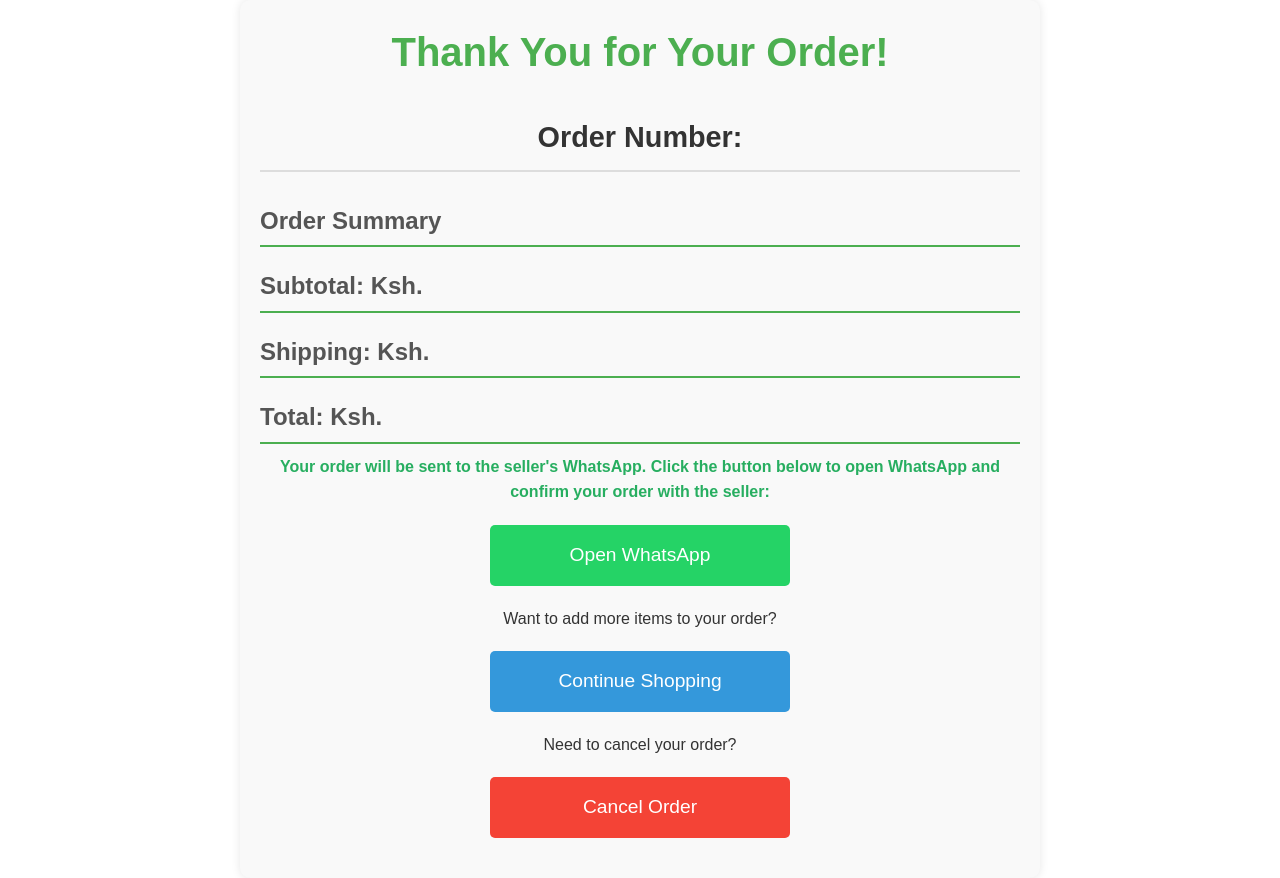
Repository: mrPractise/Elma-Shop
Page: templates/thankyou.html
These files come from the project's save history. The page is drawn as it stood at one moment and after the next save; the edit follows.
The browser window is 1280 px wide. The pictures show the whole page.
Some web fonts or font styles are not loaded; a fallback is used. The page is served by the project's application, run on Django 5.2 (manage.py). The template is opened directly, without the code that normally fills it, so the values that code supplies are empty.

Above is the page before, as saved 2024-09-28 12:54:13.

After the next save:
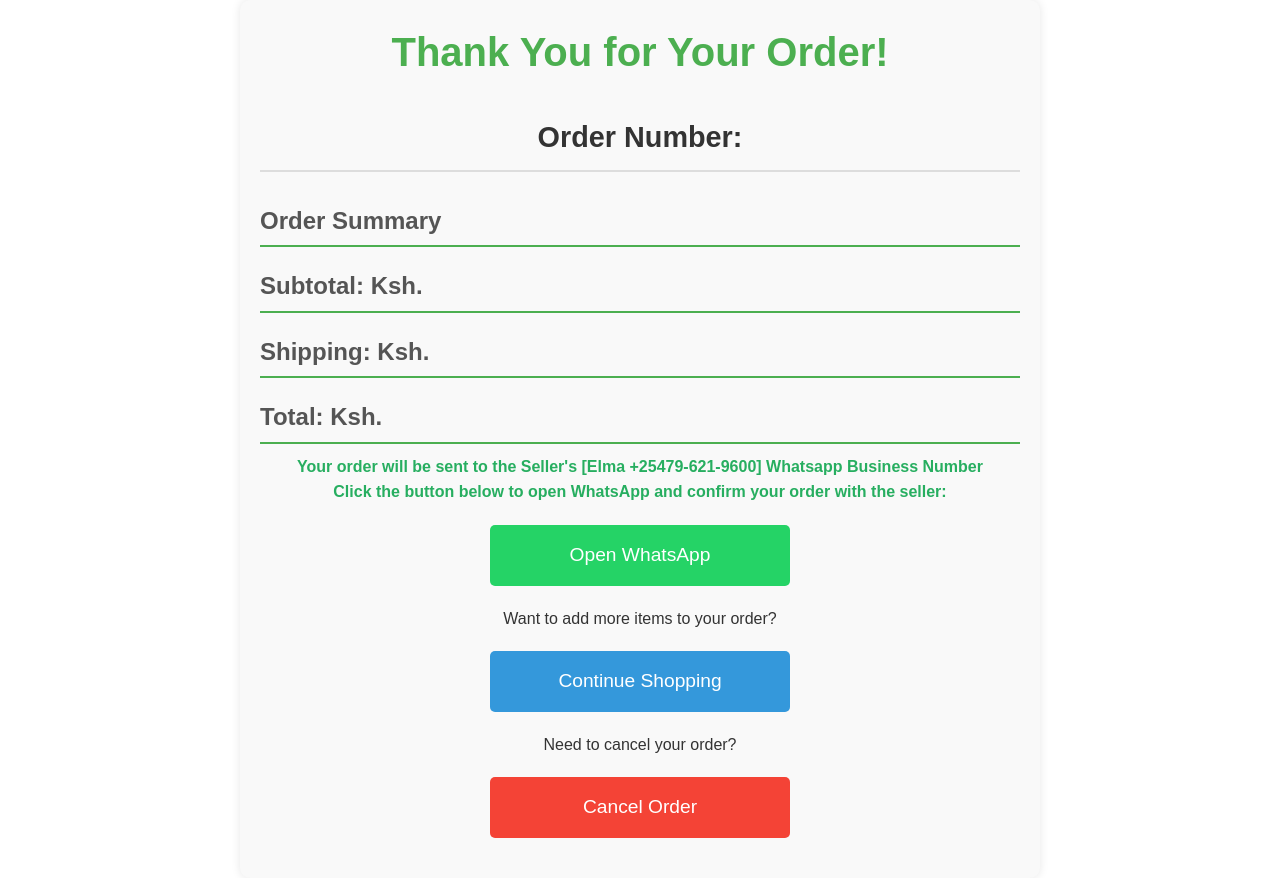
Saved 84 s later.
--- a/templates/thankyou.html
+++ b/templates/thankyou.html
@@ -20,7 +20,8 @@
     <h3 class="thankyou-total">Shipping: Ksh.{{ order.shipping_cost|intcomma }}</h3>
     <h3 class="thankyou-total">Total: Ksh.{{ order.total_amount|intcomma }}</h3>
 
-    <p class="thankyou-message checkout-p">Your order will be sent to the seller's WhatsApp. Click the button below to open WhatsApp and confirm your order with the seller:</p>
+    <p class="thankyou-message checkout-p">Your order will be sent to the Seller's [Elma +25479-621-9600] Whatsapp Business Number</p>
+     <p class="thankyou-message checkout-p">Click the button below to open WhatsApp and confirm your order with the seller:</p>
     <a href="{{ whatsapp_url }}" class="thankyou-button thankyou-whatsapp-button">Open WhatsApp</a>
 
     <p class="thankyou-message">Want to add more items to your order?</p>
